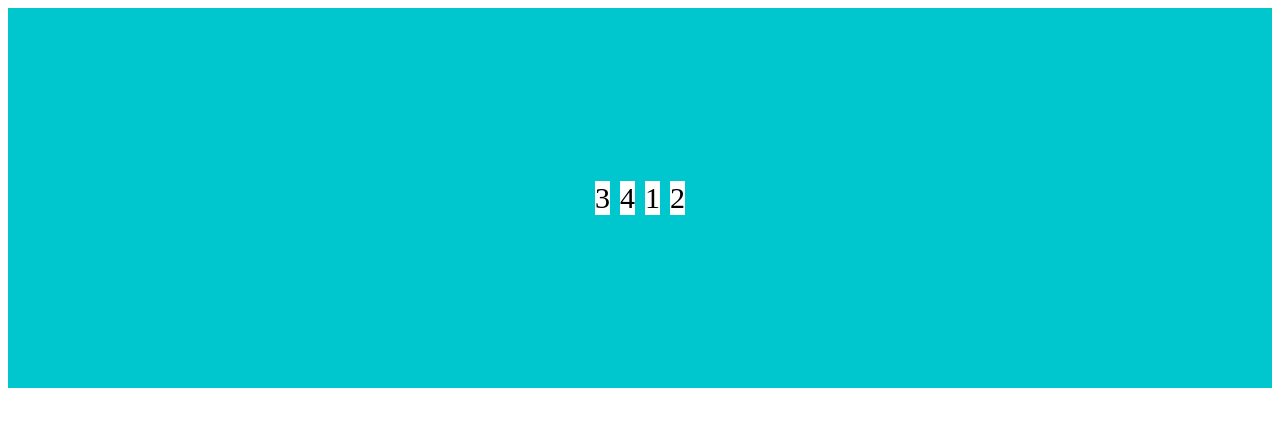
Repository: kiruha313/DWC
Page: flex/flex.html
The author's editor kept a record of every edit. The page is drawn from the files as they stood at one moment, then again after the next edit.
The browser window is 1280 px wide. The pictures show the whole page.

Above is the page before.

After the next edit:
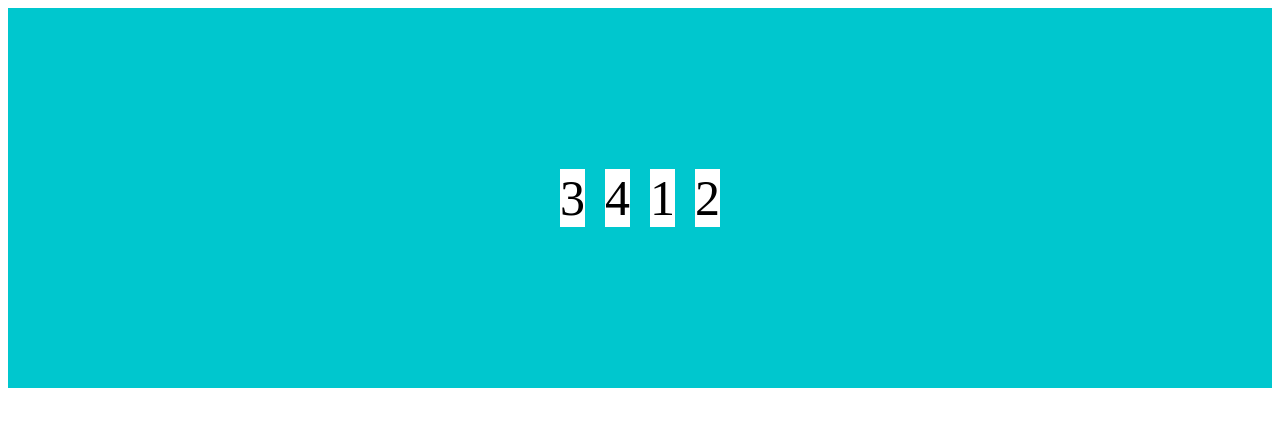
The edit:
--- a/flex/style.css
+++ b/flex/style.css
@@ -9,8 +9,9 @@
 }
 .flex > div {
   background-color: #fff;
-  margin: 5px;
-  font-size: 30px;
+
+  margin: 10px;
+  font-size: 50px;
 }
 
 .flex > div:nth-child(1) {
